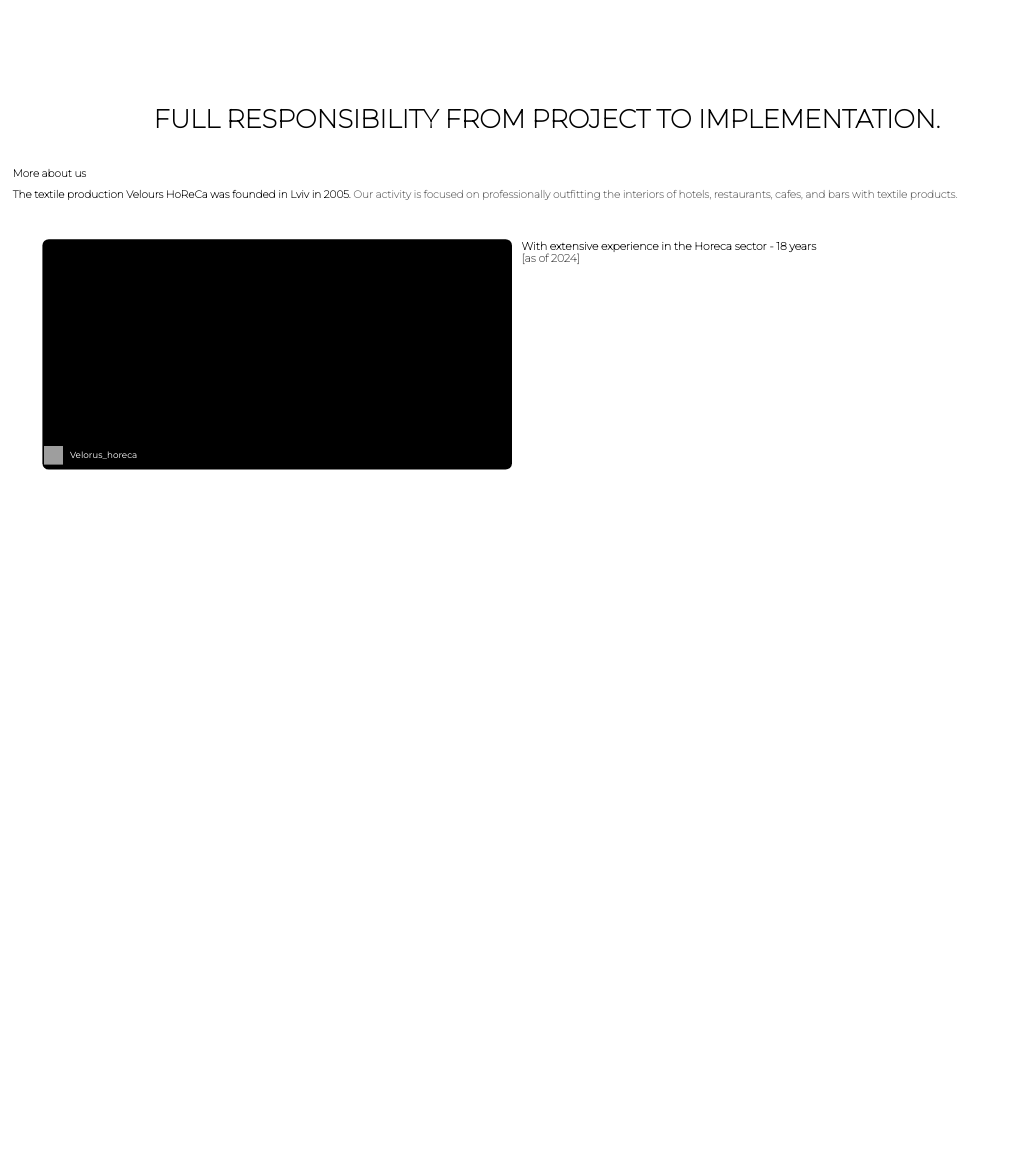
Repository: nikhilsinghrathore1/Shery_02
Page: /
These files come from the project's save history. The page is drawn as it stood at one moment and after the next save; the edit follows.
The browser window is 1280 px wide. The pictures show the part of the page from y = 2880 to 4320 px (the page is 4320 px tall), at 80% of full size.
Pictures or frames that could not be fetched are drawn as grey boxes. The project was rebuilt for these pictures with package versions that can differ from the ones it lists, and the page was loaded fresh each time. Also part of the build but not shown: vite.config.js.

Above is the page before, as saved 2024-07-18 02:33:58.

### src/App.jsx
import { useState } from 'react'
import reactLogo from './assets/react.svg'
import viteLogo from '/vite.svg'
import './App.css'
import Landing from './pages/Landing'

function App() {
  const [count, setCount] = useState(0)

  return (
    <>
      <Landing/>
    </>
  )
}

export default App

### src/App.css
@font-face {
  font-family: font1;
  src: url("../public/6624dc4c3f39ffabcd0dc162_Montserrat-VariableFont_wght.ttf");
}
@font-face {
  font-family: font2;
  src: url("../public/CircularXXWeb-Book\ \(1\).ttf");
}
@font-face {
  font-family: font3;
  src: url("../public/JTUQjIg1_i6t8kCHKm459WxRyS7m0dR9pA.ttf");
}
@font-face {
  font-family: font4;
  src: url("../public/JTUSjIg1_i6t8kCHKm459WlhyyTh89Y.ttf");
}
@font-face {
  font-family: font5;
  src: url("../public/pxiEyp8kv8JHgFVrJJfecnFHGPc.ttf");
}

.f1{
  font-family: font1;
}
.f2{
  font-family: font2;
}
.f3{
  font-family: font3;
}
.f4{
  font-family: font4;
}
.f5{
  font-family: font5;
}

### src/pages/Landing.jsx
import React from 'react'
import Nav from '../components/Nav'
import SingleHero from '../components/SingleHero'
import VideoCont from '../components/VideoCont'

const Landing = () => {
  return (
    <div className='w-full overflow-hidden'>
               {/* this is the first image gallery part */}
               <div className='w-full h-[400vh] relative '>
               <Nav/>
               <SingleHero img={"https://cdn.prod.website-files.com/6613fb0aff6a7761bf9a817d/66267f01781250e3c4f8ed19_hero-01-p-1080.webp"} text={"hotel"}/>
               <SingleHero img={"https://cdn.prod.website-files.com/6613fb0aff6a7761bf9a817d/66267f00e43626f944ce0076_hero-02-p-1080.webp"} text={"restaurant"}/>
               <SingleHero img={"https://cdn.prod.website-files.com/6613fb0aff6a7761bf9a817d/66267f011d36d94902bbbcd3_hero-03-p-1080.webp"} text={"catering"}/>
               <SingleHero img={"https://cdn.prod.website-files.com/6613fb0aff6a7761bf9a817d/66267f0015a49ebd0cb05e50_hero-04-p-1080.webp"} text={"+automative"}/>
               </div>

               {/* this is the second text wala part  */}

               <div className='w-full  h-[200vh] px-4 pt-32 leading-[42px]'>
                              {/* this is the variable weight text */}
                              <div className='w-full f4 text-[32px] font-semibold text-black uppercase h-fit'>
                                             <p><span className='pl-44'>full</span> responsibility from project to implementation.</p>
                              </div>

                              <div className='f4 text-[13px] font-semibold mt-10 leading-none'>
                                             <p>More about us</p>
                                             <p className='mt-3 leading-[16px] font-semibold'>The textile production Velours HoReCa was founded in Lviv in 2005. <span className='opacity-60'>Our activity is focused on professionally outfitting the interiors of hotels, restaurants, cafes, and bars with textile products.</span></p>
                              </div>

                              <div className='w-full flex h-[50vh] mt-12 '>
                                             <div className='w-1/2 h-full flex justify-end'>
                                                            <VideoCont/>
                                             </div>
                                             <div className='w-1/2 h-full flex flex-col justify-between pl-3 f4 font-semibold'>

                                                            <div className='w-full leading-[16px] text-[13.5px]'>
                                                                           <p>With extensive experience in the Horeca sector - 18 years </p>
                                                                           <p className='opacity-70'>[as of 2024]</p>
                                                            </div>

                                             </div>
                              </div>
               </div>


    </div>
  )
}

export default Landing

### src/components/Nav.jsx
import React from 'react'

const Nav = () => {
  return (
    <div className='w-full h-[100vh]  fixed text-white flex flex-col justify-between z-40 top-0'>
        <div className=' flex items-center justify-center pt-7'>

               <div className='flex  flex-col items-center justify-center leading-[18px]'>
                              <h1 className='text-[24px] f1'>Velorus</h1>
                              <h2 className='text-[10px] f1 '>HoReCa</h2>
               </div>
        </div>

        {/* this is the menu bar kinda thingy */}
        <div className='w-full h-[10vh]  px-3  '>

          <div className='w-full h-[65%] bg-black rounded-md flex justify-between px-[2px]'>
            <div className='w-[18%] h-full bg-white flex items-center justify-center overflow-hidden rounded-md'>
              <img className='w-[90%] h-[90%] object-cover' src="https://cdn.prod.website-files.com/6613fb0aff6a7761bf9a817d/6624b9bbba2e8daa37ae2e54_download-img-02.webp" alt="not showing" />
            </div>

            <div className='w-[57%] h-full text-[13px] text-white leading-[16px] f2 flex items-center justify-center'>
              <p>Download our Brochour on services in the HoReCa industry</p>
            </div>


            <div className='w-[15%] h-full bg-white flex items-center justify-center overflow-hidden rounded-md'>
              <img className='w-[80%] h-[80%] object-cover' src="https://cdn.prod.website-files.com/6613fb0aff6a7761bf9a817d/6624bdfbd80898e1c3060de1_download-icon.webp" alt="not showing" />
            </div>
          </div>





        </div>

    </div>
  )
}

export default Nav

### src/components/SingleHero.jsx
import React from 'react'

const SingleHero = ({img , text}) => {
  return (
    <div className='w-full h-[100vh] relative'>
               <div className='absolute bg-black/10 flex items-center justify-center w-full h-full top-0'>
                              <h1 className='uppercase text-[44px] f4 font-bold tracking-wider text-white'>{text}</h1>
               </div>
               <img className='w-full h-full object-cover' src={img} alt="not showing" />
    </div>
  )
}

export default SingleHero

### src/components/VideoCont.jsx
import React from 'react'

const VideoCont = () => {
  return (
    <div className='w-[94%] h-[80%] bg-black rounded-lg pt-[3px] px-[2px] '>
               <div className='w-full h-[87%] overflow-hidden rounded-lg'>
                              <video autoPlay muted loop className='w-full h-full object-cover' src="https://s3.amazonaws.com/webflow-prod-assets/6613fb0aff6a7761bf9a817d/663bcfe77765a0f1702b036f_insta-3.mp4"></video>
               </div>
               <div className='w-full text-white text-[11px] f1 h-[13%] pt-1 flex items-center pb-[2px] gap-2'>
                              <img className='w-[24px] h-[24px] object-cover' src="https://cdn.prod.website-files.com/6613fb0aff6a7761bf9a817d/663bcbd3012e5e6821be914c_logo-horeca.png" alt="not showing" />
                              <p>Velorus_horeca</p>
               </div>
    </div>
  )
}

export default VideoCont

Loaded but not shown: index.html (common file); src/main.jsx (common file); src/index.css (common file); tailwind.config.js (common file)

After the next save:
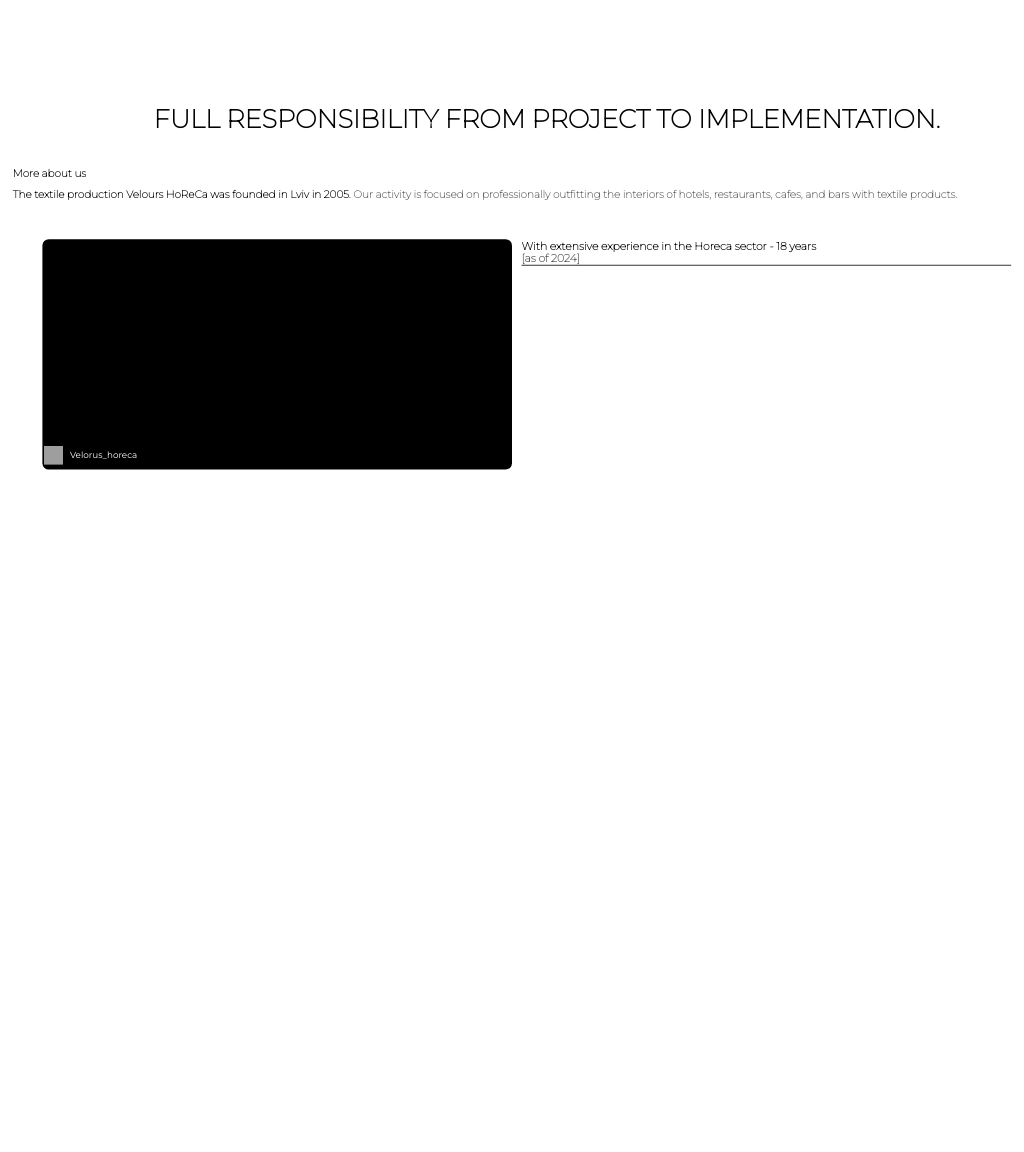
Saved 13 s later.
--- a/src/pages/Landing.jsx
+++ b/src/pages/Landing.jsx
@@ -34,7 +34,7 @@ const Landing = () => {
                                              </div>
                                              <div className='w-1/2 h-full flex flex-col justify-between pl-3 f4 font-semibold'>
 
-                                                            <div className='w-full leading-[16px] text-[13.5px]'>
+                                                            <div className='w-full leading-[16px] border-b-[1px] border-black text-[13.5px]'>
                                                                            <p>With extensive experience in the Horeca sector - 18 years </p>
                                                                            <p className='opacity-70'>[as of 2024]</p>
                                                             </div>
